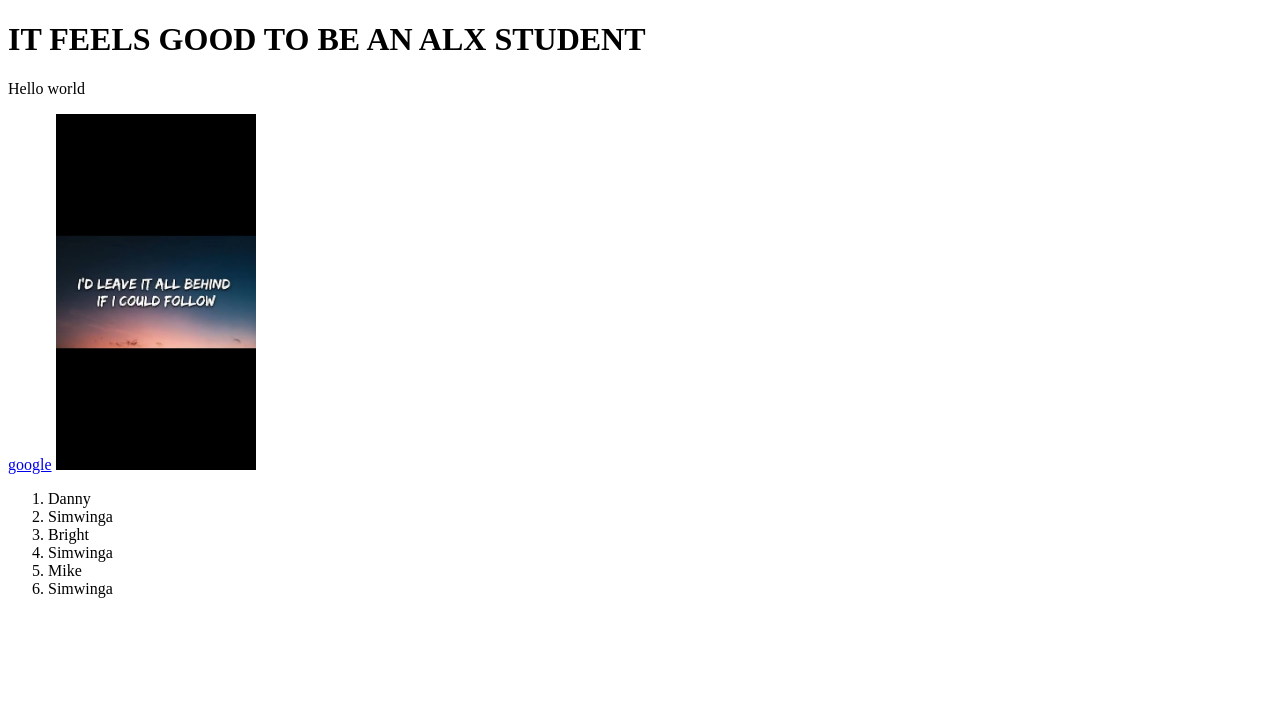
Repository: dannysimw/alx_tools_intro
Page: html/index.html
An editor plug-in stored every save of this project. The page is shown before and after the next save, followed by the edit.
The browser window is 1280 px wide. The pictures show the whole page.

Above is the page before, as saved 2023-07-01 21:49:01.

### html/index.html
<!DOCTYPE html>
<html lang="en">
<head>
    <meta charset="UTF-8">
    <meta name="viewport" content="width=device-width, initial-scale=1.0">
    <title>INTRO TO HTML</title>
</head>
<body>
    <h1>IT FEELS GOOD TO BE AN ALX STUDENT</h1>
    <p>Hello world</p>
    <a href="https://google.com">google</a>
    <img src="/html/image.jpg" alt="image" width="200px">
    <ol>
        <li>Danny</li>
        <li>Simwinga</li>
        <li>Bright</li>
        <li>Simwinga</li>
        <li>Mike</li>
        <li>Simwinga</li>
    </ol>
</body>
</html>

After the next save:
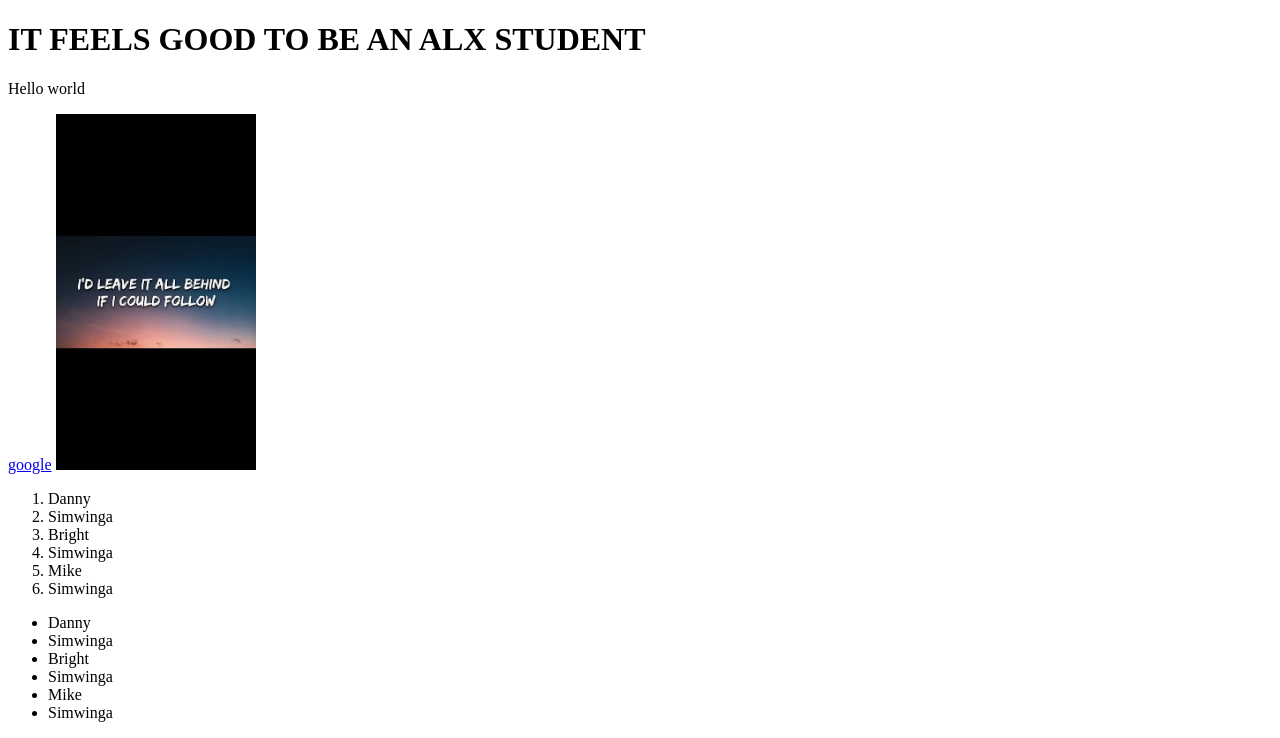
Saved 31 s later.
--- a/html/index.html
+++ b/html/index.html
@@ -18,5 +18,13 @@
         <li>Mike</li>
         <li>Simwinga</li>
     </ol>
+    <ul>
+        <li>Danny</li>
+        <li>Simwinga</li>
+        <li>Bright</li>
+        <li>Simwinga</li>
+        <li>Mike</li>
+        <li>Simwinga</li>
+    </ul>
 </body>
 </html>
